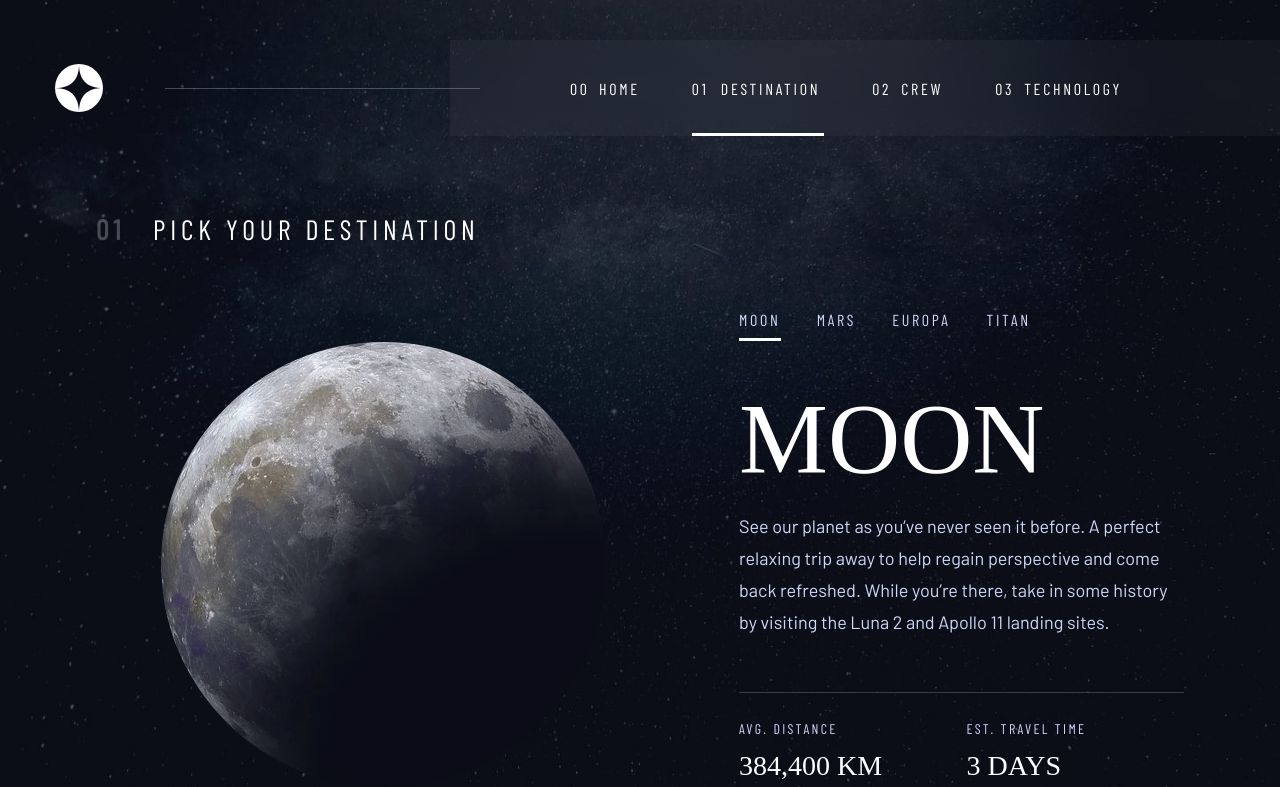
Repository: devbastos/turismo-no-espaco
Page: destination.html
An editor plug-in stored every save of this project. The page is shown before and after the next save, followed by the edit.
The browser window is 1280 px wide. The pictures show the whole page.
Some web fonts or font styles are not loaded; a fallback is used.

Above is the page before, as saved 2022-01-31 16:37:45.

After the next save:
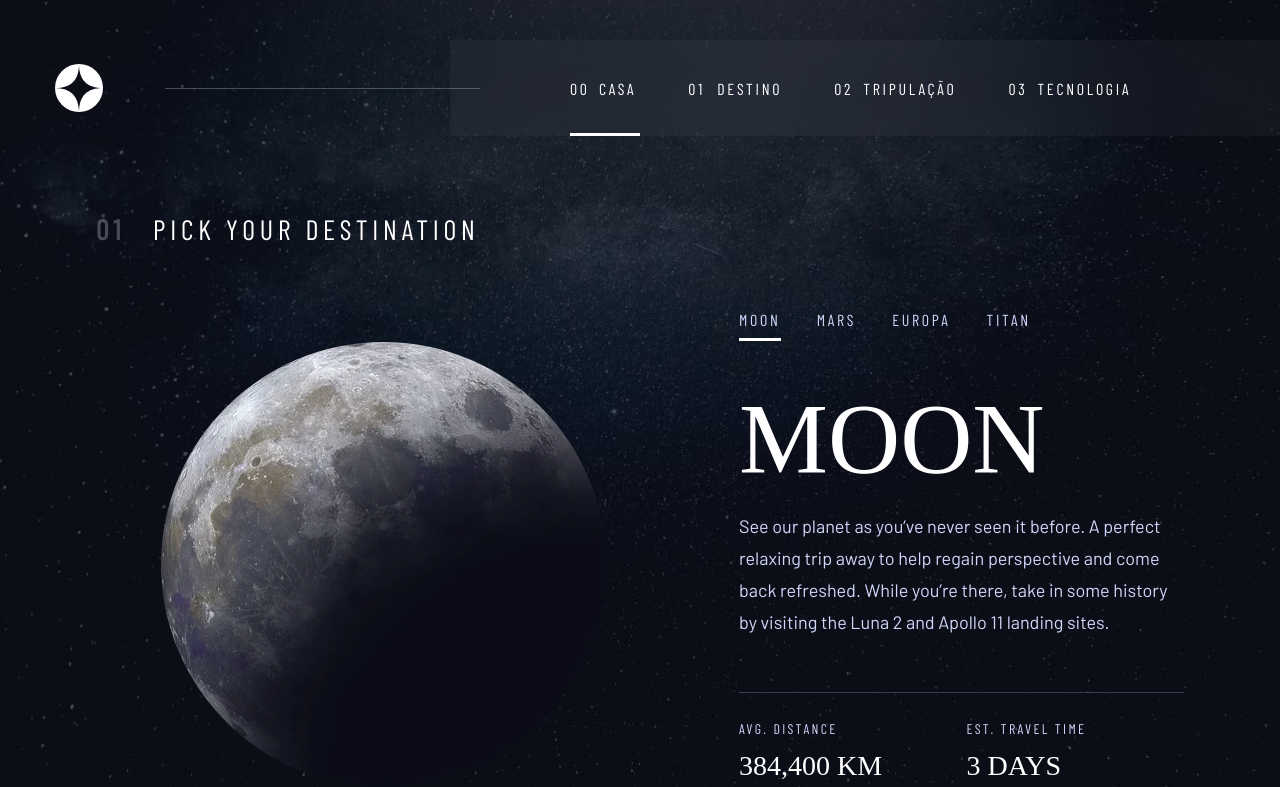
Saved 6 h 13 min later.
--- a/destination.html
+++ b/destination.html
@@ -17,10 +17,10 @@
     </div>
     <div class="header-menu">
       <ul class="header-menu__items">
-        <li class="header-menu__item"><a href="./index.html">Home</a></li>
-        <li class="header-menu__item active"><a href="./destination.html">Destination</a></li>
-        <li class="header-menu__item"><a href="./crew.html">Crew</a></li>
-        <li class="header-menu__item"><a href="./technology.html">Technology</a></li>
+        <li class="header-menu__item active"><a href="./index.html">Casa</a></li>
+        <li class="header-menu__item"><a href="./destination.html">Destino</a></li>
+        <li class="header-menu__item"><a href="./crew.html">Tripulação</a></li>
+        <li class="header-menu__item"><a href="./technology.html">Tecnologia</a></li>
       </ul>
     </div>
     <button class="hamburger">
